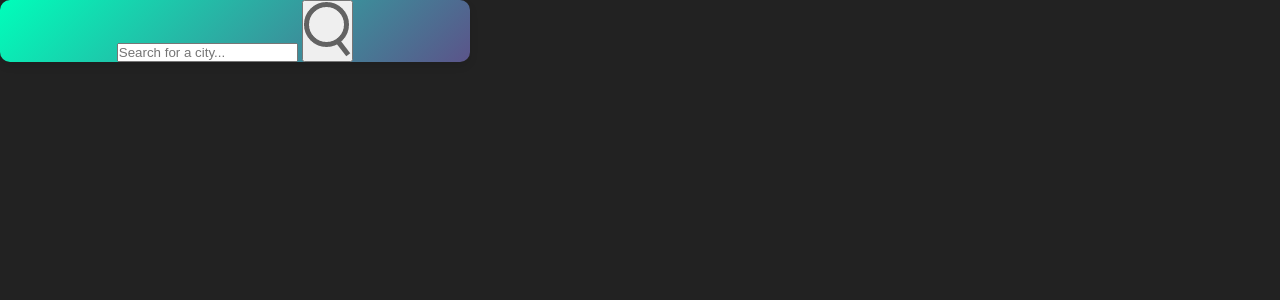
Repository: Abdelilah-Lakrim/Weather-App
Page: index.html
These files come from the project's save history. The page is drawn as it stood at one moment and after a run of saves; the edit follows.
The browser window is 1280 px wide. The pictures show the whole page.

Above is the page before, as saved 2025-06-17 11:02:16.

### index.html
<!DOCTYPE html>
<html>
<head>
    <meta charset="UTF-8" />
    <title>Weather App</title>
    <link rel="stylesheet" href="style.css" >
</head>
<body>

    <div class="card">
        <div class="search">
            <input type="text" placeholder="Search for a city..." spellcheck="false" />
            <button><img src="images/search.png"></button>
        </div>
    </div>

</body>
</html>

### style.css
*{
    margin: 0;
    padding: 0;
    font-family: 'Poppins', sans-serif;
    box-sizing: border-box;
}
body{
    background-color: #222;
    color: #333;
}
.card{
    width: 90%;
    max-width: 470px;
    background: linear-gradient(135deg, #00feba, #5b548a);
    color: #fff;
    margin: ;
    border-radius: 10px;
    box-shadow: 0 4px 8px rgba(0, 0, 0, 0.1);
    overflow: hidden;
    position: relative;
    text-align: center;
}

After the next 3 saves:
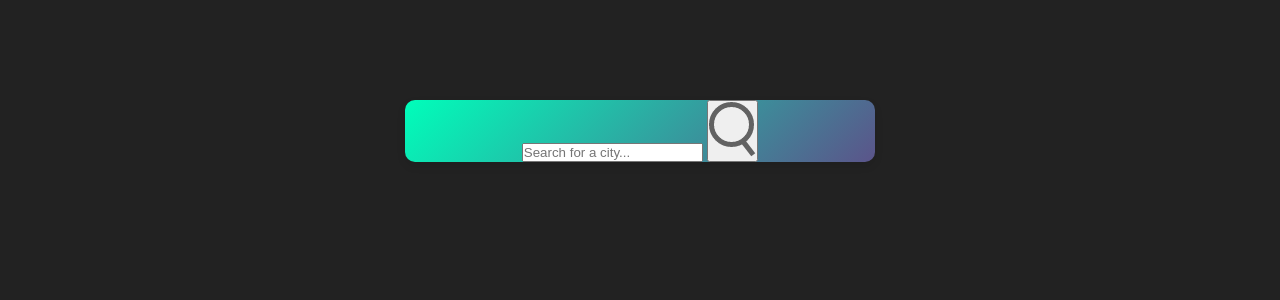
The 3 saves are shown as one change because they came seconds apart.
The last was saved 9 s later.
--- a/style.css
+++ b/style.css
@@ -13,7 +13,7 @@ body{
     max-width: 470px;
     background: linear-gradient(135deg, #00feba, #5b548a);
     color: #fff;
-    margin: ;
+    margin: 100px auto  0;
     border-radius: 10px;
     box-shadow: 0 4px 8px rgba(0, 0, 0, 0.1);
     overflow: hidden;
